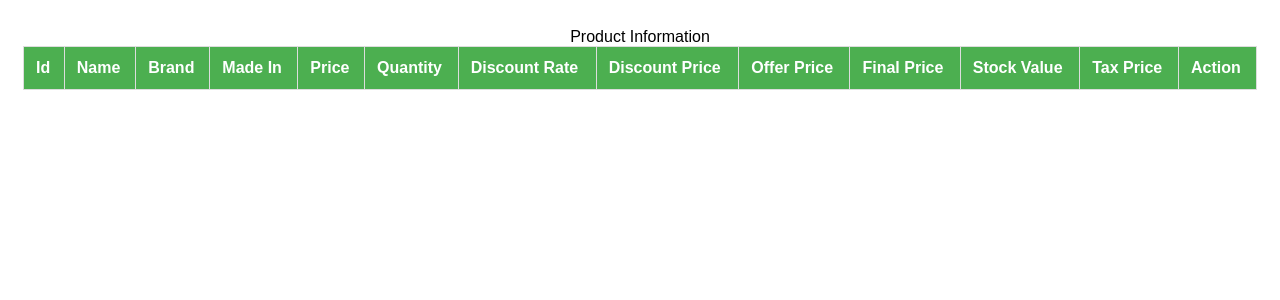
Repository: abhishekgavle/spring-repository
Page: http://localhost/product-list
The author's editor kept a copy of each file at every save. The page is drawn from the files as they stood at one save, then again after the next save.
The browser window is 1280 px wide. The pictures show the whole page.
The page is this project's Thymeleaf template; nobody is signed in. The template is opened directly, without the code that normally fills it, so the values that code supplies are empty.

Above is the page before, as saved 2024-12-21 07:16:49.

After the next save:
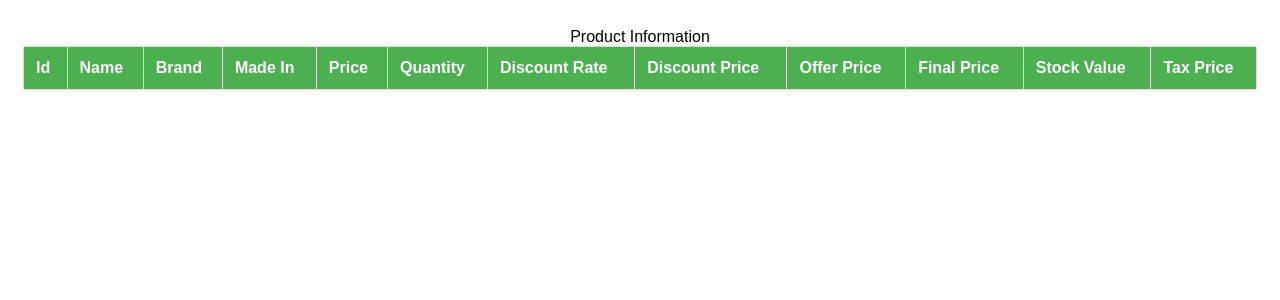
Saved 67 s later.
--- a/SpringBootMVC/src/main/resources/templates/product-list.html
+++ b/SpringBootMVC/src/main/resources/templates/product-list.html
@@ -50,7 +50,7 @@
                     <th>Final Price</th>
                     <th>Stock Value</th>
                     <th>Tax Price</th>
-                    <th>Action</th>
+                   <!-- <th>Action</th>-->
                 </tr>
             </thead>
             <tbody>
